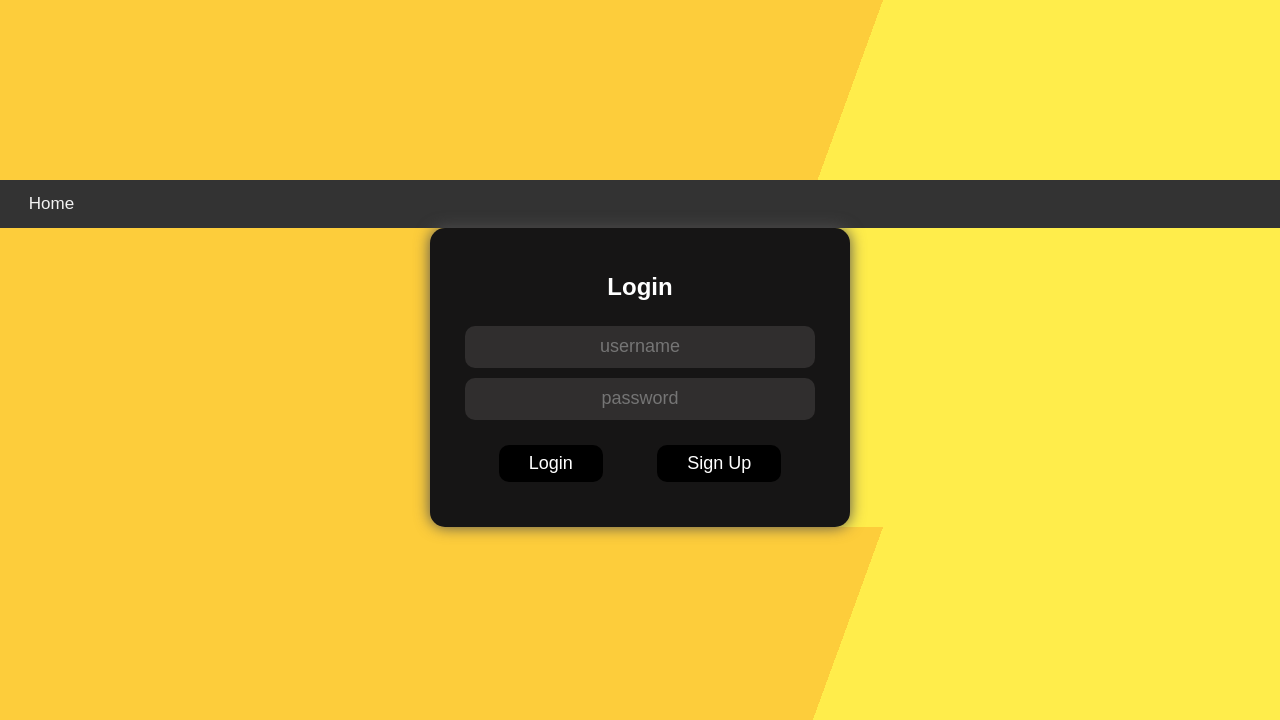
Repository: JohnRudolph1/Movie-Blog
Page: html/login.html
An editor plug-in stored every save of this project. The page is shown before and after the next save, followed by the edit.
The browser window is 1280 px wide. The pictures show the whole page.

Above is the page before, as saved 2022-01-03 11:53:20.

### html/login.html
<!DOCTYPE html>
<html lang="en">
<head>
    <meta charset="UTF-8">
    <meta http-equiv="X-UA-Compatible" content="IE=edge">
    <meta name="viewport" content="width=device-width, initial-scale=1.0">
    <link rel="stylesheet" href="../css/login.css">

    <title>Login Form</title>
    <div class="topnav" id="myTopnav">
        <a href="/index.html" class="active" title="home">Home</a>
</div>
    <style>
        body,
        h1,
        h2,
        h3,
        h4,
        h5 {
            font-family: "Raleway", sans-serif
        }

        body {
            margin: 0;
            overflow-x: hidden;
            background: linear-gradient(110deg, #fdcd3b 60%, #ffed4b 60%);
        }

        html {
            background: linear-gradient(110deg, #fdcd3b 60%, #ffed4b 60%);
        }

        li {
            list-style: none;
        }

        .title {
            font-weight: bold;
            cursor: default;
        }

        .topnav {
            overflow: hidden;
            background-color: #333;
            font-family: "Oswald", sans-serif;
        }

        .topnav a {
            float: left;
            display: block;
            color: #f2f2f2;
            text-align: center;
            padding: 14px 16px;
            margin: 0 1%;
            text-decoration: none;
            font-size: 17px;
            transition: 0.5s;
        }
    </style>
</head>
<body>

    <div class="container">
        <h2>Login</h2>
        <form action="">
            <input type="text" name="username" id="username" placeholder="username">
            <input type="password" name="pass" id="pass" placeholder="password">
           <div class="btns">
            <button type="submit">Login</button>
            <a href="./registration.html"><button type="button" id="sign-up">Sign Up</button></a>
           </div>

        </form>
    </div>
</body>
</html>

### css/login.css
body{
    padding: 0;
    margin: 0;
    font-family: Arial, Helvetica, sans-serif;
    background-color: rgb(48, 46, 46);
    color: white;
    padding-top: 25vh;
}
.container{
    width: 400px;
    display: flex;
    flex-direction: column;
    margin: auto;
    align-items: center;
    background-color: rgb(22, 21, 21);
    border-radius: 15px;
    padding: 25px 10px;
    box-shadow: 0 0 15px rgb(80, 79, 79);
}
form{
    display: flex;
    flex-direction: column;
    width: 90%;

}
input{
    height: 40px;
    border-radius: 10px;
    border: none;
    outline: none;
    margin: 5px ;
    text-align: center;
    font-size: 18px;
    color: white;
    background-color: rgb(48, 46, 46);

}
.btns{
    margin: 15px auto;
}
button{
    background-color: rgb(0, 0, 0);
    color: white;
    border: none;
    padding: 8px 30px;
    border-radius: 10px;
    font-size: 18px;
    cursor: pointer;
    margin: 5px 25px;
}
button:hover{
    background-color:
}

After the next save:
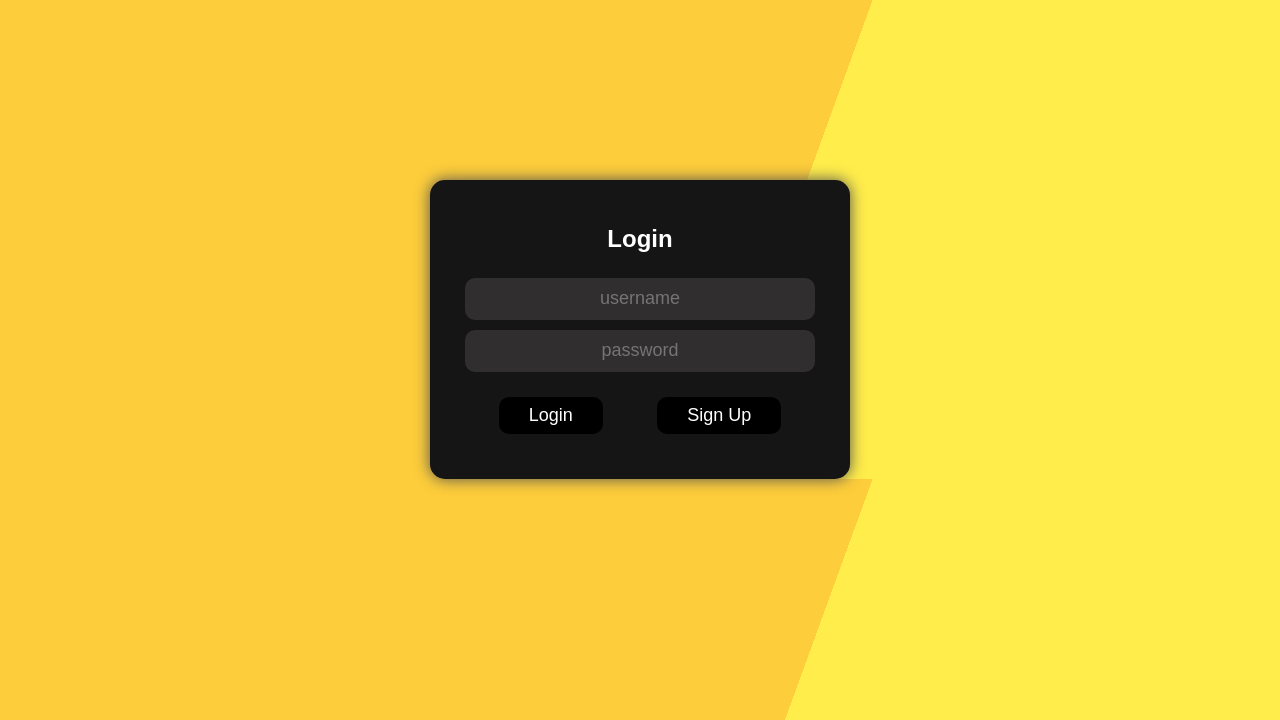
Saved 6 s later.
--- a/html/login.html
+++ b/html/login.html
@@ -7,9 +7,7 @@
     <link rel="stylesheet" href="../css/login.css">
 
     <title>Login Form</title>
-    <div class="topnav" id="myTopnav">
-        <a href="/index.html" class="active" title="home">Home</a>
-</div>
+
     <style>
         body,
         h1,

After the save that followed:
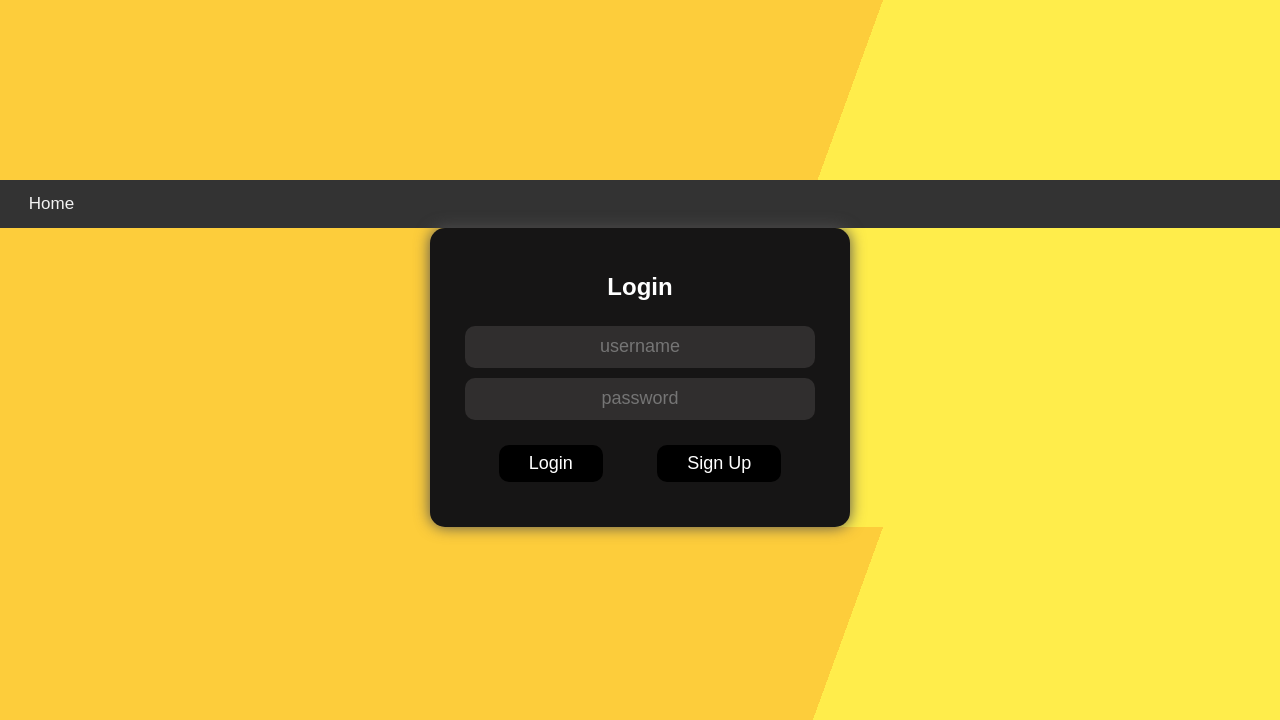
Saved 5 s later.
--- a/html/login.html
+++ b/html/login.html
@@ -5,7 +5,9 @@
     <meta http-equiv="X-UA-Compatible" content="IE=edge">
     <meta name="viewport" content="width=device-width, initial-scale=1.0">
     <link rel="stylesheet" href="../css/login.css">
-
+    <div class="topnav" id="myTopnav">
+        <a href="/index.html" class="active" title="home">Home</a>
+</div>
     <title>Login Form</title>
 
     <style>
